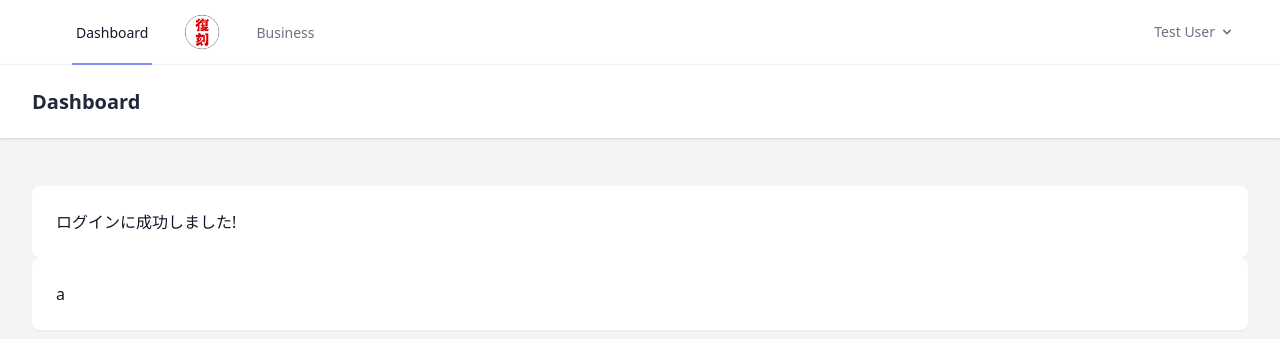
Repository: kyoko-shiraishi/Reproduce
Page: http://localhost/dashboard
The author's editor kept a copy of each file at every save. The page is drawn from the files as they stood at one save, then again after the next save.
The browser window is 1280 px wide. The pictures show the whole page.
Some web libraries are served in a nearby version. The page is served by the project's Laravel application, run on PHP 8.4 with Laravel 12. A made-up administrator, Test User (test@example.com), is signed in. Other server files are loaded and not shown. Style sheets and scripts are compiled from the project's sources, by tool versions that may differ from the author's. Queries for data that is not in the repository find no rows.

Above is the page before, as saved 2024-10-24 20:12:50.

### app/Providers/AppServiceProvider.php
<?php
namespace App\Providers;

use Illuminate\Support\ServiceProvider;
use Illuminate\Support\Facades\View;
use App\Models\Category; // Categoryモデルをインポート

class AppServiceProvider extends ServiceProvider
{
    public function boot()
    {
        // \URL::forceScheme('https');
        // すべてのビューにカテゴリを渡す
        View::composer('*', function ($view) {
            $categories = Category::all();
            $view->with('categories', $categories);
        });
    }

    public function register()
    {
        //
    }
}

### routes/web.php
<?php

use App\Http\Controllers\ProfileController;
use Illuminate\Support\Facades\Route;
use App\Http\Controllers\PleaseController;
use App\Http\Controllers\Auth\AuthenticatedSessionController;
use App\Http\Controllers\SearchController;
use App\Http\Controllers\PostController;
use App\Http\Controllers\NewController;
use App\Http\Controllers\LikeController;

// ララベルトップルート
Route::get('/', function () {
    return view('welcome');
});



// ログインページのルート
Route::get('/login', [AuthenticatedSessionController::class, 'create'])->name('login');

// ログイン処理のルート
Route::post('/login', [AuthenticatedSessionController::class, 'store']);

// 登録ページのルート
Route::get('/register', [RegisteredUserController::class, 'create'])->name('register');

// 登録処理のルート
Route::post('/register', [RegisteredUserController::class, 'store']);

// ダッシュボードのルート
Route::get('/dashboard', function () {
    return view('dashboard');
})->middleware(['auth', 'verified'])->name('dashboard');




// 認証が必要なルート
Route::middleware('auth')->group(function () {
// ホームページのルート
Route::get('/home',[PleaseController::class,'home'])->name('home');

Route::get('/business',[PleaseController::class,'business'])->name('business');
Route::get('/infomation',[PleaseController::class,'infomation'])->name('infomation');
Route::get('/logo',[PleaseController::class,'logo'])->name('logo');

Route::get('/search',[SearchController::class,'search'])->name('search.results');
Route::get('/post/{id}',[PostController::class,'post'])->name('post');
Route::get('/new_thread_create',[PleaseController::class,'new_thread_create'])->name('new_thread_create');

Route::post('/thread_store',[NewController::class,'category'])->name('category');

Route::post('/thread_store',[NewController::class,'thread_store'])->name('thread_store');
Route::get('/new_post_create/{id}', [NewController::class, 'new_post_create'])->name('new_post_create');

Route::post('/post_store/{threadId}', [NewController::class, 'post_store'])->name('post_store');
Route::get('/delete',[PleaseController::class,'delete_show'])->name('delete_show');
Route::post('/delete_selected',[PleaseController::class,'delete_selected'])->name('delete_selected');

Route::post('/thread/like', [LikeController::class, 'likeThread']);
Route::post('/post/like',[LikeController::class, 'LikePost']);


    Route::get('/profile', [ProfileController::class, 'edit'])->name('profile.edit');
    Route::patch('/profile', [ProfileController::class, 'update'])->name('profile.update');
    Route::delete('/profile', [ProfileController::class, 'destroy'])->name('profile.destroy');
});

require __DIR__.'/auth.php';

### app/Models/User.php
<?php

namespace App\Models;

// use Illuminate\Contracts\Auth\MustVerifyEmail;
use Illuminate\Database\Eloquent\Factories\HasFactory;
use Illuminate\Foundation\Auth\User as Authenticatable;
use Illuminate\Notifications\Notifiable;

class User extends Authenticatable
{
    use HasFactory, Notifiable;

    /**
     * The attributes that are mass assignable.
     *
     * @var array<int, string>
     */
    protected $fillable = [
        'name',
        'email',
        'password',
        'prefecture',
        'age',
        'gender',
    ];

    /**
     * The attributes that should be hidden for serialization.
     *
     * @var array<int, string>
     */
    protected $hidden = [
        'password',
        'remember_token',
    ];

    /**
     * Get the attributes that should be cast.
     *
     * @return array<string, string>
     */
    protected function casts(): array
    {
        return [
            'email_verified_at' => 'datetime',
            'password' => 'hashed',
        ];
    }
    public function prefecture(){
return $this->belongsTo(prefecture::class,'prefectures_id');
    }
    public function threads(){
        return $this->hasMany(Thread::class);
    }
    public function posts(){
        return $this->hasMany(Post::class);
    }
    public function thread_likes(){
        return $this->hasMany(ThreadLike::class);
    }
    public function post_likes(){
        return $this->hasMany(PostLike::class);
    }
}

### app/Models/Category.php
<?php

namespace App\Models;

use Illuminate\Database\Eloquent\Factories\HasFactory;
use Illuminate\Database\Eloquent\Model;

class Category extends Model
{
    use HasFactory;

    // 保存するデータ
    protected $fillable = ['name'];


    /**
     * 製品とのリレーション
     */
    public function products()
    {
        return $this->hasMany(Product::class, 'category_id');
        // 'category_id' は、Product テーブル内の外部キーのカラム名です。このカラムは、どの Category に属しているかを示します
    }
}

### resources/views/dashboard.blade.php
<x-app-layout>
@vite(['resources/css/app.css', 'resources/js/app.js'])
    <x-slot name="header">
        <h2 class="font-semibold text-xl text-gray-800 leading-tight">
            {{ __('Dashboard') }}
        </h2>
    </x-slot>

    <div class="py-12">
        <div class="max-w-7xl mx-auto sm:px-6 lg:px-8">
            <div class="bg-white overflow-hidden shadow-sm sm:rounded-lg">
                <div class="p-6 text-gray-900">
                    {{ __("ログインに成功しました!") }}
                </div>
            </div>
            <div class="bg-white overflow-hidden shadow-sm sm:rounded-lg margin-top:10px;">
                <div class="p-6 text-gray-900">
                    a
                </div>
            </div>
        </div>
    </div>
</x-app-layout>

### resources/views/layouts/app.blade.php
<!DOCTYPE html>
<html lang="{{ str_replace('_', '-', app()->getLocale()) }}">
    <head>
        <meta charset="utf-8">
        <meta name="viewport" content="width=device-width, initial-scale=1">
        <meta name="csrf-token" content="{{ csrf_token() }}">
        @vite(['resources/css/app.css', 'resources/js/app.js'])


        <title>{{ config('app.name', 'Laravel') }}</title>

        <!-- Fonts -->

        <!-- Scripts -->
        <script src="https://kit.fontawesome.com/e7550042f0.js" crossorigin="anonymous"></script>

        <style>
        .threadList{
        text-align:center;
        }
        .each {

            width: 100%; /* 幅を100%に設定 */
            margin: 0; /* 左右のマージンを0に設定 */
            padding: 0; /* パディングを0に設定 */
        }

        .each {
            display:flex;
            flex-wrap:wrap;/* 折り返し */
            list-style-type: none; /* リストスタイルを消去 */
            width:100%;
            margin:0px;
        }

        a{
            width:100%;
        }


       .like-btn{
        z-index:10;

       }


        .each li {
            /* border: 1px solid #ccc; 各スレッドにボーダーを追加 */
            padding: 0px; /* 内側のパディングを設定 */
            margin-bottom: 10px; /* 各リスト項目の下にマージンを追加 */
            width: 1250x;
            margin:0 auto 50px;
        }
        @media screen and (min-width:380px){
            .border-4.border-blue-400.rounded-lg.p-4.shadow-md.flex.items-start{
                width:46%;
                margin:20px 2%;
            }
        }
        @media screen and (max-width:379.9px){
            .border-4.border-blue-400.rounded-lg.p-4.shadow-md.flex.items-start{
               margin:10px 0;
            }
        }
        .liked{
            color:orangered;
            transition:.2s;
        }
        .flexbox{
            align-items: center;
            display: flex;
        }
        .count-num{
            font-size: 20px;
            margin-left: 10px;
        }
        .fa-heart{
            font-size: 30px;
        }
        .responsive-img {
            /* max-width: 100%; 画像の最大幅を親要素に合わせる */
            /* width: 500px; 画像の幅を固定 */
            /* height: 200px; 画像の高さを固定 */
            /* object-fit: cover; 縦横比を維持しつつ、指定したサイズに収まるように調整 */
            /* border-radius: 8px; 角を少し丸くしたい場合 */
            width:100%;

        }
        .content{
            margin-bottom:50px;
        }
        .yoko{
            display:flex;
            justify-content:space-evenly;
        }
        .yoko p {
            margin-right: 10px; /* 右側の間隔を設定 */
        }
        .yoko h3{
            margin-right: 10px;
        }
        .top-thread-1 {

            background: linear-gradient(45deg, #c0b283 0%, #c0b283 45%, #FEE9A0 70%, #c0b283 85%, #c0b283 90% 100%);
  background-size: 800% 400%;
  animation: gradient 5s infinite cubic-bezier(.62, .28, .23, .99) both;
        }
        @keyframes gradient {
  0% {
    background-position: 0% 50%;
  }

  50% {
    background-position: 100% 50%;
  }

  100% {
    background-position: 0% 50%;
  }
}
        .top-thread-2 {
            background: linear-gradient(45deg, #757575 0%, #9E9E9E 45%, #E8E8E8 70%, #9E9E9E 85%, #757575 90% 100%);
  background-size: 800% 400%;
  animation: gradient 5s infinite cubic-bezier(.62, .28, .23, .99) both;
        }
        @keyframes gradient {
  0% {
    background-position: 0% 50%;
  }

  50% {
    background-position: 100% 50%;
  }

  100% {
    background-position: 0% 50%;
  }
}

        .top-thread-3 {
            background: linear-gradient(45deg, #a57e65 0%, #a57e65 45%, #f3cfb8 70%, #a57e65 85%, #a57e65 90% 100%);
  background-size: 800% 400%;
  animation: gradient 5s infinite cubic-bezier(.62, .28, .23, .99) both;
        }
        @keyframes gradient {
  0% {
    background-position: 0% 50%;
  }

  50% {
    background-position: 100% 50%;
  }

  100% {
    background-position: 0% 50%;
  }
}

        .comment_list{
            margin:20px;
        }
        .font-bold{
            margin-bottom:20px;
        }
        .button{
            margin:20px;
        }

    </style>

    </head>
    <body class="font-sans antialiased">
        <div class="min-h-screen bg-gray-100">
            @include('layouts.navigation')

            <!-- Page Heading -->
            @isset($header)
                <header class="bg-white shadow">
                    <div class="max-w-7xl mx-auto py-6 px-4 sm:px-6 lg:px-8">
                        {{ $header }}
                    </div>
                </header>
            @endisset

            <!-- Page Content -->
            <main>
                {{ $slot }}
            </main>
        </div>
    </body>
</html>

### resources/views/layouts/navigation.blade.php
<nav x-data="{ open: false }" class="bg-white border-b border-gray-100">
    <!-- Primary Navigation Menu -->
    <div class="max-w-7xl mx-auto px-4 sm:px-6 lg:px-8">
        <div class="flex justify-between h-16">
        <div class="flex">
                <!-- Navigation Links -->
                <div class="hidden space-x-8 sm:-my-px sm:ms-10 sm:flex">
                    <x-nav-link :href="route('dashboard')" :active="request()->routeIs('dashboard')">
                        {{ __('Dashboard') }}
                    </x-nav-link>
                     <!-- Logo -->
                <div class="shrink-0 flex items-center">
                    <a href="{{ route('home') }}">
                        <img src="{{ asset('images/logo2.png') }}" class="block h-9 w-auto" alt="Logo">
                    </a>
                </div>
                    <x-nav-link :href="route('business')" :active="request()->routeIs('index')">
                        {{ __('Business') }}
                    </x-nav-link>
                </div>


            </div>


            <!-- Settings Dropdown -->
            <div class="hidden sm:flex sm:items-center sm:ms-6">
                <x-dropdown align="right" width="48">
                    <x-slot name="trigger">
                        <button class="inline-flex items-center px-3 py-2 border border-transparent text-sm leading-4 font-medium rounded-md text-gray-500 bg-white hover:text-gray-700 focus:outline-none transition ease-in-out duration-150">
                        @auth
                            <div>{{ Auth::user()->name }}</div>
                        @endauth

                            <div class="ms-1">
                                <svg class="fill-current h-4 w-4" xmlns="http://www.w3.org/2000/svg" viewBox="0 0 20 20">
                                    <path fill-rule="evenodd" d="M5.293 7.293a1 1 0 011.414 0L10 10.586l3.293-3.293a1 1 0 111.414 1.414l-4 4a1 1 0 01-1.414 0l-4-4a1 1 0 010-1.414z" clip-rule="evenodd" />
                                </svg>
                            </div>
                        </button>
                    </x-slot>

                    <x-slot name="content">
                        <x-dropdown-link :href="route('profile.edit')">
                            {{ __('Profile') }}
                        </x-dropdown-link>

                        <x-dropdown-link :href="route('delete_show')">
                            {{ __('delete') }}
                        </x-dropdown-link>

                        <!-- Authentication -->
                        <form method="POST" action="{{ route('logout') }}">
                            @csrf

                            <x-dropdown-link :href="route('logout')"
                                    onclick="event.preventDefault();
                                                this.closest('form').submit();">
                                {{ __('Log Out') }}
                            </x-dropdown-link>
                        </form>
                    </x-slot>
                </x-dropdown>
            </div>

            <!-- Hamburger -->
            <div class="-me-2 flex items-center sm:hidden">
                <button @click="open = ! open" class="inline-flex items-center justify-center p-2 rounded-md text-gray-400 hover:text-gray-500 hover:bg-gray-100 focus:outline-none focus:bg-gray-100 focus:text-gray-500 transition duration-150 ease-in-out">
                    <svg class="h-6 w-6" stroke="currentColor" fill="none" viewBox="0 0 24 24">
                        <path :class="{'hidden': open, 'inline-flex': ! open }" class="inline-flex" stroke-linecap="round" stroke-linejoin="round" stroke-width="2" d="M4 6h16M4 12h16M4 18h16" />
                        <path :class="{'hidden': ! open, 'inline-flex': open }" class="hidden" stroke-linecap="round" stroke-linejoin="round" stroke-width="2" d="M6 18L18 6M6 6l12 12" />
                    </svg>
                </button>
            </div>
        </div>
    </div>

    <!-- Responsive Navigation Menu -->
    <div :class="{'block': open, 'hidden': ! open}" class="hidden sm:hidden">
        <div class="pt-2 pb-3 space-y-1">
            <x-responsive-nav-link :href="route('dashboard')" :active="request()->routeIs('dashboard')">
                {{ __('Dashboard') }}
            </x-responsive-nav-link>
        </div>

        <!-- Responsive Settings Options -->
        <div class="pt-4 pb-1 border-t border-gray-200">
            <div class="px-4">
                <div class="font-medium text-base text-gray-800">{{ Auth::user()->name }}</div>
                <div class="font-medium text-sm text-gray-500">{{ Auth::user()->email }}</div>
            </div>

            <div class="mt-3 space-y-1">
                <x-responsive-nav-link :href="route('profile.edit')">
                    {{ __('Profile') }}
                </x-responsive-nav-link>

                <!-- Authentication -->
                <form method="POST" action="{{ route('logout') }}">
                    @csrf

                    <x-responsive-nav-link :href="route('logout')"
                            onclick="event.preventDefault();
                                        this.closest('form').submit();">
                        {{ __('Log Out') }}
                    </x-responsive-nav-link>
                </form>
            </div>
        </div>
    </div>
</nav>

Loaded but not shown: routes/auth.php (common file); app/Http/Controllers/Auth/EmailVerificationPromptController.php (common file); app/Http/Controllers/Controller.php (common file); app/Http/Controllers/Auth/VerifyEmailController.php (common file); app/View/Components/AppLayout.php (common file); resources/views/components/nav-link.blade.php (common file); resources/views/components/dropdown-link.blade.php (common file); resources/views/components/dropdown.blade.php (common file); resources/views/components/responsive-nav-link.blade.php (common file); resources/css/app.css (common file); tailwind.config.js (common file)

After the next save:
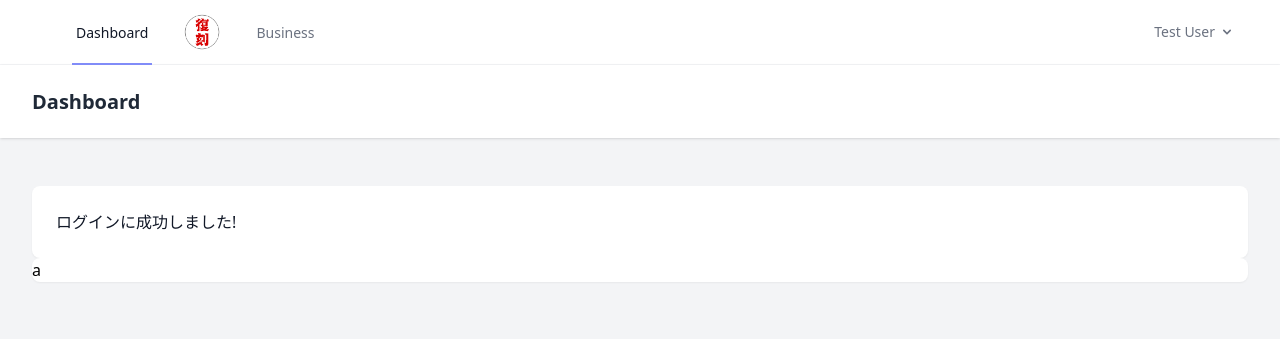
Saved 23 s later.
--- a/resources/views/dashboard.blade.php
+++ b/resources/views/dashboard.blade.php
@@ -14,9 +14,9 @@
                 </div>
             </div>
             <div class="bg-white overflow-hidden shadow-sm sm:rounded-lg margin-top:10px;">
-                <div class="p-6 text-gray-900">
+
                     a
-                </div>
+
             </div>
         </div>
     </div>
